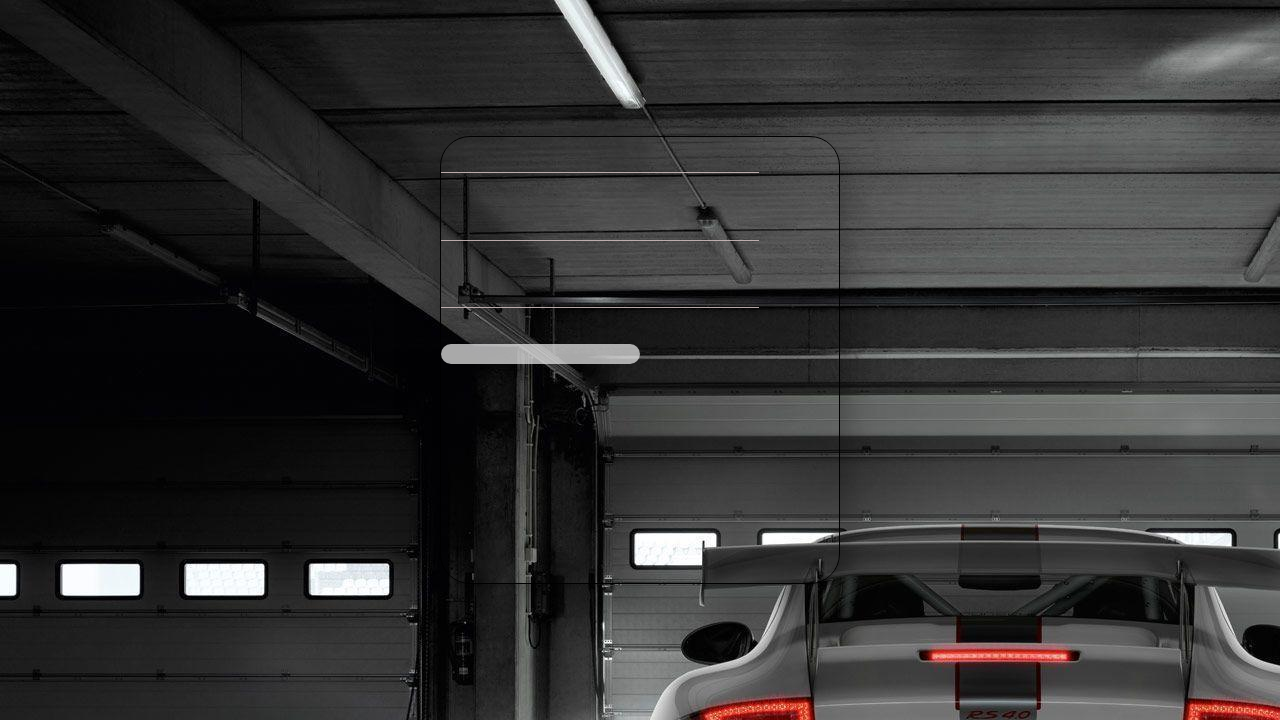
Repository: rkrukshan/Glass_Login_CSS
Page: login.html
The author's editor kept a copy of each file at every save. The page is drawn from the files as they stood at one save, then again after a run of saves.
The browser window is 1280 px wide. The pictures show the whole page.

Above is the page before, as saved 2023-10-03 19:56:48.

### login.html
<!DOCTYPE html>
<html lang="en">
<head>
    <style>
    *
    {
        margin: 0;
        padding: 0;
        box-sizing: border-box;
        cursor: pointer;
    }
    body
    {
        height: 100vh;
        width: 100%;
        display: flex;
        justify-content: center;
        align-items: center;
    }
    form
    {
        width: 25rem;
        height: 28rem;
        flex-direction: column;
        /* background: rgba(255, 255, 255, 0.06); */
        box-shadow: 0 8px 41px 0 rgba(0, 0, 0, 0.37);
        border-radius: 30px;
        border-left: 1px solid rgba(red, green, blue, .3);
        border-top: 1px solid rgba(red, green, blue, .3);
        background:transparent;
        border:solid 1px
    }
    input
    {
      width: 80%;
      margin: 5% auto;
      margin-bottom: 8%;
      border: none;
      outline: none;
      background: transparent;
      color: white;
      border-bottom: 1px solid rgb(202, 185, 185);
      opacity: .9;
    }
    button
    {
        width: 50%;
        margin: 3px auto;
        color:white;
        font-size: 15px;
        opacity: .7;
        background: rgb(green);
        padding: 10px 30px;
        border: none;
        outline: none;
        border-radius: 20px;
        text-shadow: 2px 2px 4px rgba(red, green, blue, 0.2);
    }
    </style>
    <meta charset="UTF-8">
    <meta name="viewport" content="width=device-width, initial-scale=1.0">
    <title>Document</title>
</head>
<body style="background-image: url(images/1.jpg);">
    <form action="">
<label for=""></label>
        <input type="text">
<label for=""></label>
        <input type="text">
<label for=""></label>
        <input type="text">
        <button></button>
    </form>
</body>
</html>

After the next 2 saves:
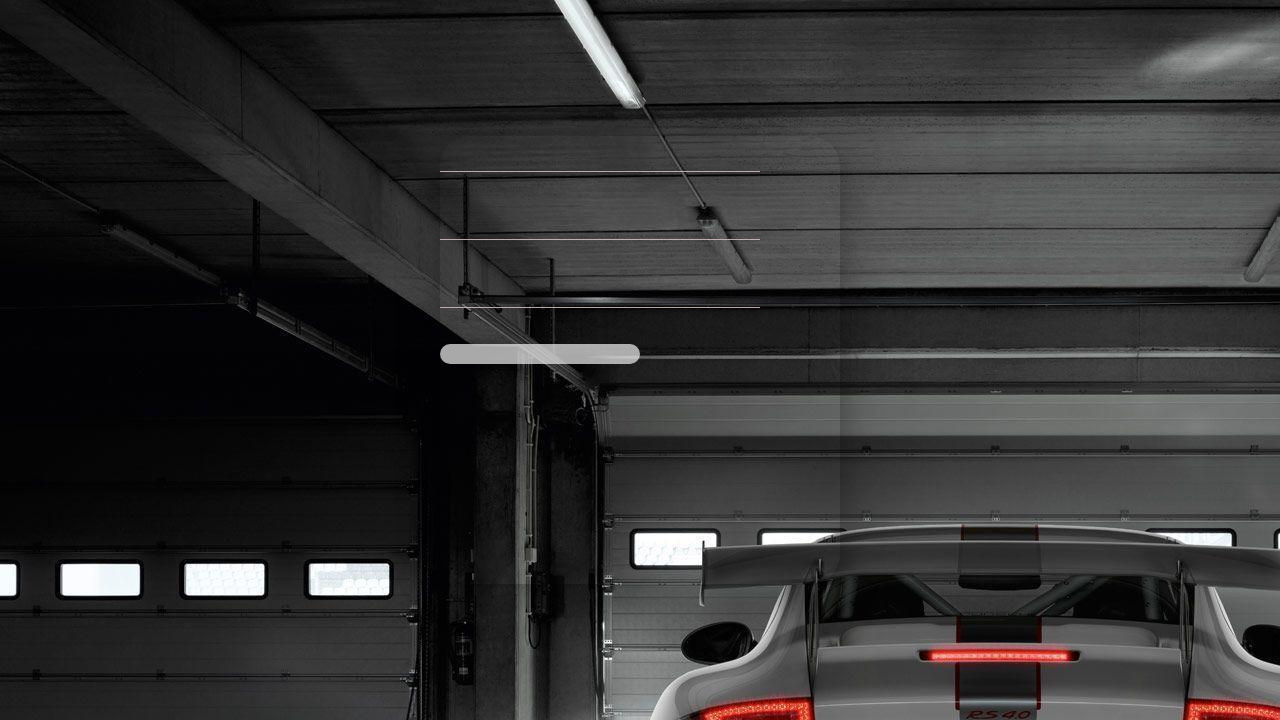
The 2 saves are shown as one change because they came seconds apart.
The last was saved 10 s later.
--- a/login.html
+++ b/login.html
@@ -28,7 +28,7 @@
         border-left: 1px solid rgba(red, green, blue, .3);
         border-top: 1px solid rgba(red, green, blue, .3);
         background:transparent;
-        border:solid 1px
+        border:solid 1px rgba(red, green, blue, alpha)
     }
     input
     {
